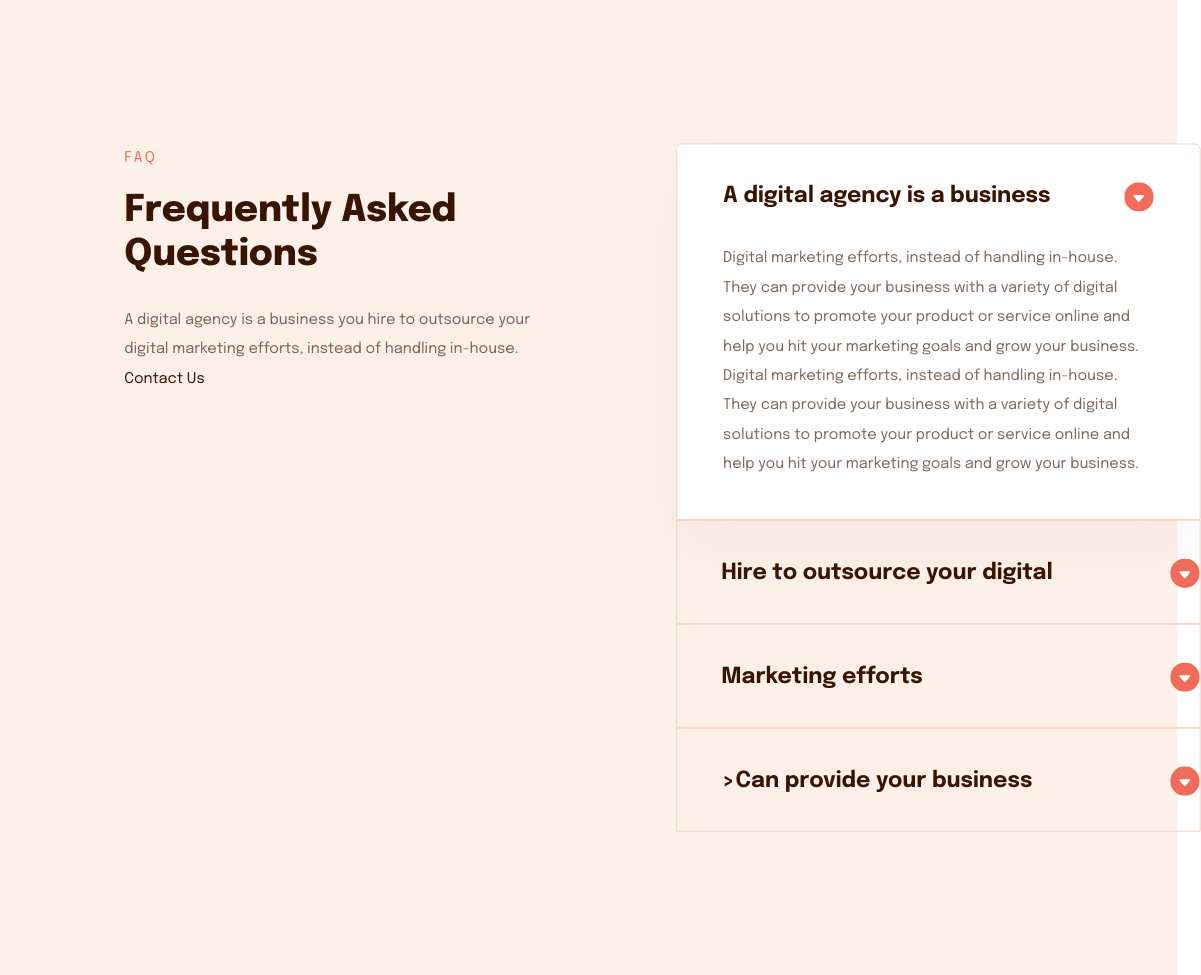
Repository: MehdiKerimov/Figma-task-10
Page: pages/faq/index.html
The author's editor kept a copy of each file at every save. The page is drawn from the files as they stood at one save, then again after a run of saves.
The browser window is 1280 px wide. The page is 1305 px wide, so the pictures cover 1305 px, including what lies to the right of the window. The pictures show the whole page, at 92% of full size.

Above is the page before, as saved 2023-09-09 15:37:04.

### pages/faq/index.html
<!DOCTYPE html>
<html lang="en">

<head>
  <meta charset="UTF-8" />
  <meta name="viewport" content="width=device-width, initial-scale=1.0" />
  <title>Document</title>
  <link rel="stylesheet" href="index.css" />
</head>

<body>
  <div class="container">
    <div class="text-box">
      <h1>Faq</h1>
      <h2>Frequently Asked Questions</h2>
      <p> A digital agency is a business you hire to outsource your digital marketing efforts, instead of handling
        in-house. </p>
      <a href="#">Contact Us</a>
    </div>
    <ul>
      <li class="li-1">
        <div class="collaj">
          <h3>A digital agency is a business</h3>
          <svg xmlns="http://www.w3.org/2000/svg" width="32" height="32" viewBox="0 0 32 32" fill="none">
            <circle cx="16" cy="16" r="16" fill="#EF6D58" />
            <path fill-rule="evenodd" clip-rule="evenodd"
              d="M15.0454 21.14L10.2494 15.658C9.68335 15.013 10.1434 14 11.0024 14H20.5944C20.987 13.9997 21.3435 14.2291 21.5058 14.5867C21.6681 14.9442 21.6061 15.3637 21.3474 15.659L16.5514 21.139C16.3615 21.3563 16.0869 21.481 15.7984 21.481C15.5098 21.481 15.2352 21.3563 15.0454 21.139V21.14Z"
              fill="white" />
          </svg>
        </div>
        <p> Digital marketing efforts, instead of handling in-house. They can provide your business with a variety of
          digital solutions to promote your product or service online and help you hit your marketing goals and grow
          your business. Digital marketing efforts, instead of handling in-house. They can provide your business with a
          variety of digital solutions to promote your product or service online and help you hit your marketing goals
          and grow your business. </p>
      </li>
      <li>
        <div class="collaj">
          <h3>Hire to outsource your digital</h3>

          <svg
          xmlns="http://www.w3.org/2000/svg"
          width="32"
          height="32"
          viewBox="0 0 32 32"
          fill="none"
        >
          <circle cx="16" cy="16" r="16" fill="#EF6D58" />
          <path
            fill-rule="evenodd"
            clip-rule="evenodd"
            d="M15.0454 21.14L10.2494 15.658C9.68335 15.013 10.1434 14 11.0024 14H20.5944C20.987 13.9997 21.3435 14.2291 21.5058 14.5867C21.6681 14.9442 21.6061 15.3637 21.3474 15.659L16.5514 21.139C16.3615 21.3563 16.0869 21.481 15.7984 21.481C15.5098 21.481 15.2352 21.3563 15.0454 21.139V21.14Z"
            fill="white"
          />
        </svg>
        </div>

      </li>
      <li>
        <div class="collaj">
          <h3>Marketing efforts</h3>

          <svg
          xmlns="http://www.w3.org/2000/svg"
          width="32"
          height="32"
          viewBox="0 0 32 32"
          fill="none"
        >
          <circle cx="16" cy="16" r="16" fill="#EF6D58" />
          <path
            fill-rule="evenodd"
            clip-rule="evenodd"
            d="M15.0454 21.14L10.2494 15.658C9.68335 15.013 10.1434 14 11.0024 14H20.5944C20.987 13.9997 21.3435 14.2291 21.5058 14.5867C21.6681 14.9442 21.6061 15.3637 21.3474 15.659L16.5514 21.139C16.3615 21.3563 16.0869 21.481 15.7984 21.481C15.5098 21.481 15.2352 21.3563 15.0454 21.139V21.14Z"
            fill="white"
          />
        </svg>

        </div>
      </li>
      <li>
        <div class="collaj">
          <h3>>Can provide your business</h3>
          <svg
          xmlns="http://www.w3.org/2000/svg"
          width="32"
          height="32"
          viewBox="0 0 32 32"
          fill="none"
        >
          <circle cx="16" cy="16" r="16" fill="#EF6D58" />
          <path
            fill-rule="evenodd"
            clip-rule="evenodd"
            d="M15.0454 21.14L10.2494 15.658C9.68335 15.013 10.1434 14 11.0024 14H20.5944C20.987 13.9997 21.3435 14.2291 21.5058 14.5867C21.6681 14.9442 21.6061 15.3637 21.3474 15.659L16.5514 21.139C16.3615 21.3563 16.0869 21.481 15.7984 21.481C15.5098 21.481 15.2352 21.3563 15.0454 21.139V21.14Z"
            fill="white"
          />
        </svg>
        </div>
      </li>
    </ul>
  </div>
</body>

</html>

### pages/faq/index.css
@import url("https://fonts.googleapis.com/css2?family=Epilogue:wght@400;700;800&display=swap");
* {
  padding: 0;
  margin: 0;
  box-sizing: border-box;
}
.container {
  display: flex;
  padding: 156px 135px;
  min-height: 100vh;
  background-color: #fdf0e9;
}
.text-box {
  margin-right: 130px;
}
.container .text-box h1 {
  color: var(--Text_Dark_Accent, #ef6d58);
  font-feature-settings: "clig" off, "liga" off;
  font-family: Epilogue;
  font-size: 16px;
  font-style: normal;
  font-weight: 400;
  line-height: 32px;
  letter-spacing: 3px;
  text-transform: uppercase;
}
.container .text-box h2 {
  margin-top: 17px;
  width: 371px;
  color: var(--Text_Dark, #391400);
  font-feature-settings: "clig" off, "liga" off;
  font-family: Epilogue;
  font-size: 40px;
  font-style: normal;
  font-weight: 800;
  line-height: 48px;
}
.container .text-box p {
  width: 470px;
  margin-top: 31px;
  color: var(--Text_Dark_Gray, rgba(57, 20, 0, 0.64));
  font-feature-settings: "clig" off, "liga" off;
  font-family: Epilogue;
  font-size: 16px;
  font-style: normal;
  font-weight: 400;
  line-height: 32px;
}
.container .text-box a {
  text-decoration: none;
  margin-top: 29px;
  color: var(--Text_Dark, #391400);
  font-feature-settings: "clig" off, "liga" off;
  font-family: Epilogue;
  font-size: 16px;
  font-style: normal;
  font-weight: 400;
  line-height: 32px;
}
.container ul li {
  padding: 41px 0 38px 48px;
  width: 570px;
  border: 1px solid #f3d1bf;
  list-style-type: none;
}
.container ul .li-1 {
  padding: 41px 50px 43px 50px;
  width: 570px;
  border-radius: 6px 6px 0px 0px;
  background: #fff;
  box-shadow: 0px 32px 64px 0px rgba(57, 20, 0, 0.04);
}
.container ul .li-1 h3 {
  color: var(--Text_Dark, #391400);
  font-feature-settings: "clig" off, "liga" off;
  font-family: Epilogue;
  font-size: 24px;
  font-style: normal;
  font-weight: 700;
  line-height: 32px;
}
.container ul .li-1 p {
  margin-top: 35px;
  color: var(--Text_Dark_Gray, rgba(57, 20, 0, 0.64));
  font-feature-settings: "clig" off, "liga" off;
  font-family: Epilogue;
  font-size: 16px;
  font-style: normal;
  font-weight: 400;
  line-height: 32px;
}
.container ul li h3 {
  color: var(--Text_Dark, #391400);
  font-feature-settings: "clig" off, "liga" off;
  font-family: Epilogue;
  font-size: 24px;
  font-style: normal;
  font-weight: 700;
  line-height: 32px;
}
.container ul li .collaj{
  display: flex;
  justify-content: space-between;
}

After the next 3 saves:
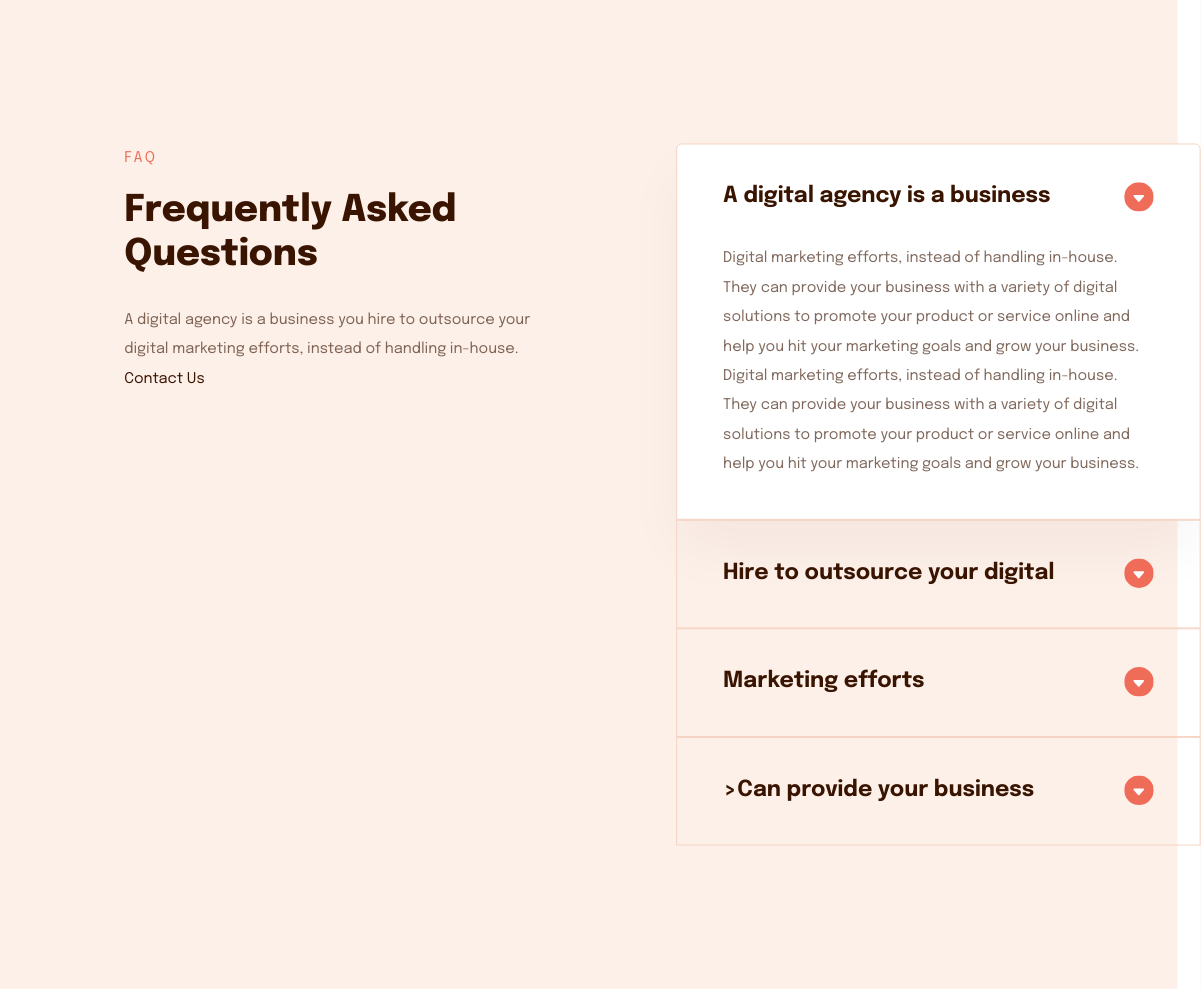
The 3 saves are shown as one change because they came seconds apart.
The last was saved 22 s later.
--- a/pages/faq/index.css
+++ b/pages/faq/index.css
@@ -58,13 +58,13 @@
   line-height: 32px;
 }
 .container ul li {
-  padding: 41px 0 38px 48px;
-  width: 570px;
+  padding: 41px 50px 43px 50px;
+    width: 570px;
   border: 1px solid #f3d1bf;
   list-style-type: none;
 }
 .container ul .li-1 {
-  padding: 41px 50px 43px 50px;
+
   width: 570px;
   border-radius: 6px 6px 0px 0px;
   background: #fff;
